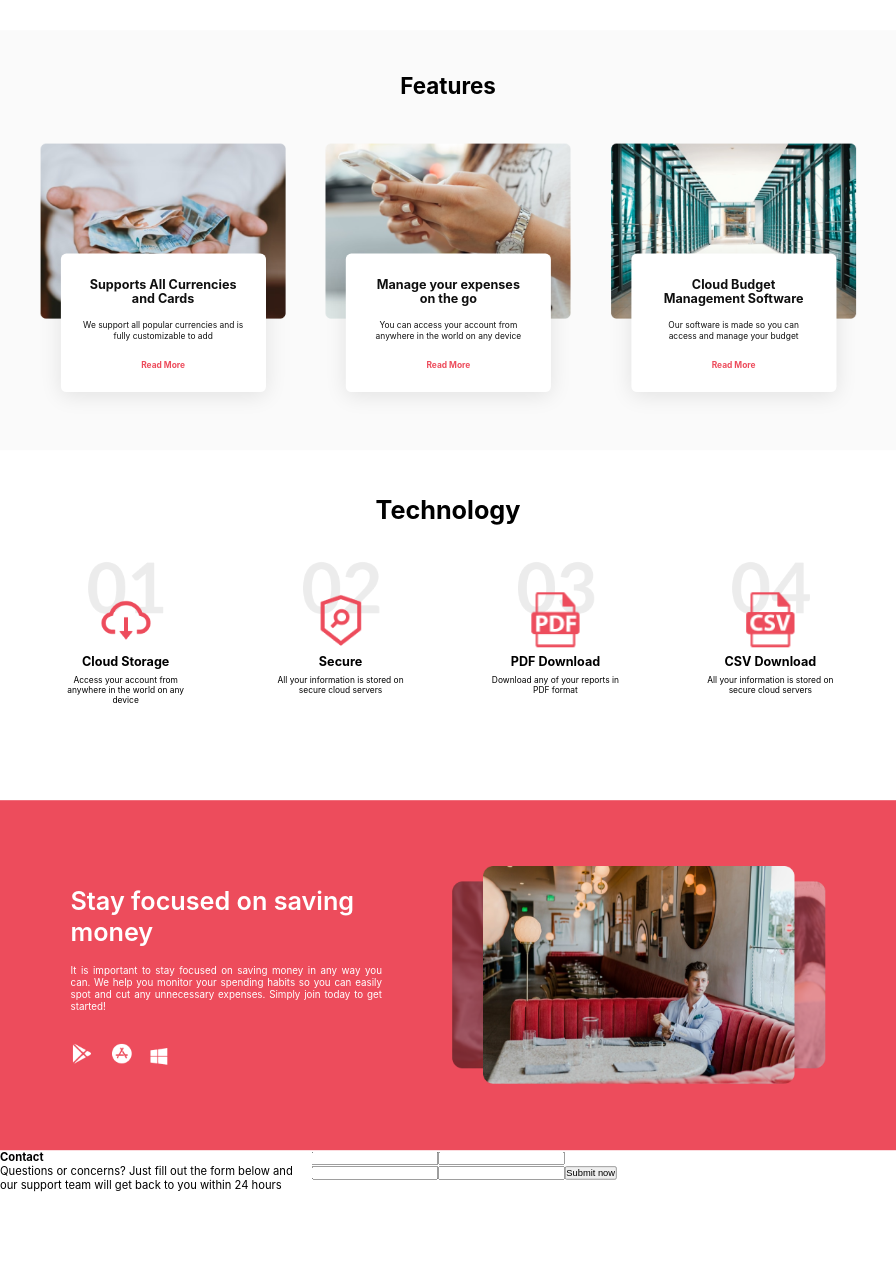
Repository: Ola-22/cloudBudget
Page: /
The author's editor kept a copy of each file at every save. The page is drawn from the files as they stood at one save, then again after the next save.
The browser window is 1280 px wide. The pictures show the part of the page from y = 1333 to 3253 px (the page is 3136 px tall before and 3253 px after), at 70% of full size.
The project was rebuilt for these pictures with package versions that can differ from the ones it lists, and the page was loaded fresh each time.

Above is the page before, as saved 2021-09-13 19:55:12.

### src/App.js
import "./App.css";
import {
  Navbar,
  MainContent,
  VideoSection,
  Features,
  Technology,
  AppDownload,
  Contact,
} from "./components/component-path";

function App() {
  return (
    <div className="App">
      <div
        className="app-main"
        style={{
          backgroundImage:
            "linear-gradient(90deg, rgba(213, 32, 71, 0.8) 0%, rgba(238, 61, 27, 0.8) 100%),url(/images/bg.png)",
          height: "782px",
        }}
      >
        <Navbar />
        <MainContent />
      </div>
      <VideoSection />
      <Features />
      <Technology />
      <AppDownload />
      <Contact />
    </div>
  );
}

export default App;

### src/App.css
*{
  margin: 0;
  padding: 0;
  box-sizing: border-box;
}

.app-main{
  /* height: 782px; */
  background-position: center;
  background-repeat: no-repeat;
  background-size: cover;
  position: relative;
}

### src/Components/component-path.js
export { default as Navbar } from "./Navbar";
export { default as MainContent } from "./MainContent";
export { default as VideoSection } from "./VideoSection";
export { default as Features } from "./Features";
export { default as Technology } from "./Technology";
export { default as AppDownload } from "./AppDownload";
export { default as Contact } from "./Contact";

### src/Components/Navbar/index.jsx
import "./style.scss";
import { Link, BrowserRouter as Router } from "react-router-dom";

function Navbar() {
  return (
    <div className="nav-main">
      <div className="nav-box">
        <img src="/images/Vector.png" alt="" />
        <h3>CLOUDBUDGET</h3>
      </div>
      <Router>
        <nav>
          <Link to="/">overview</Link>
          <Link to="/">features</Link>
          <Link to="/">technology</Link>
          <Link to="/">contact</Link>
          <Link to="/">sign up</Link>
        </nav>
      </Router>
      <div style={{ display: "flex", cursor: "pointer" }}>
        <div className="flag-box">
          <img src="/images/flag.png" alt="" />
          <h4>EN</h4>
          <img src="/images/vector2.png" alt="" />
        </div>
        <button>Login</button>
      </div>
    </div>
  );
}

export default Navbar;

### src/Components/MainContent/index.jsx
import "./style.css";

export default function MainContent() {
  return (
    <div className="main-content">
      <h1>CloudBudget</h1>
      <p>
        Cloud budget management for everyone. Only €69.95 a Month After a 7 Day
        Trial of
        <br /> Up to €4.99
      </p>
      <button>sign up</button>
    </div>
  );
}

### src/Components/VideoSection/index.jsx
import "./style.scss";

export default function VideoSection() {
  return (
    <div className="videoMain">
      <div className="video-content">
        <h2>Easy to Use Cloud Budget Management Software</h2>
        <p>
          Our software is made so you can access and manage your budget and
          expenses online at any time from any device. It provides detailed
          income and expense reports with graphs so you can easilly see your
          spending patterns and budget at a glance. Read below to find out more.
        </p>
        <a href="#">Learn More</a>
      </div>
      <div>
        <img src="/images/play.png" alt="" />
        <img src="/images/Video_bg.png" alt="" />
      </div>
    </div>
  );
}

### src/Components/Features/index.jsx
import FeaturesCard from "./FeaturesCard";
import "./style.scss";

export default function Features() {
  return (
    <div className="features-main">
      <h1>Features</h1>
      <div>
        <FeaturesCard
          src="/images/features1.png"
          title="Supports All Currencies and Cards"
          paragraph="We support all popular currencies and is fully customizable to add"
          readmore="Read More"
        />
        <FeaturesCard
          src="/images/features2.png"
          title="Manage your expenses on the go"
          paragraph="You can access your account from anywhere in the world on any device"
          readmore="Read More"
        />
        <FeaturesCard
          src="/images/features3.png"
          title="Cloud Budget Management Software"
          paragraph="Our software is made so you can access and manage your budget"
          readmore="Read More"
        />
      </div>
    </div>
  );
}

### src/Components/Technology/index.jsx
import "./style.scss";
import TechCard from "./TechCard";

export default function Technology() {
  return (
    <div className="tech-main">
      <h1>Technology</h1>
      <div>
        <TechCard
          src="/images/tech1.png"
          title="Cloud Storage"
          paragraph="Access your account from anywhere in the world on any device"
          background="01.png"
        />
        <TechCard
          src="/images/tech2.png"
          title="Secure"
          paragraph="All your information is stored on secure cloud servers"
          background="02.png"
        />
        <TechCard
          src="/images/tech3.png"
          title="PDF Download"
          paragraph="Download any of your reports in PDF format"
          background="03.png"
        />
        <TechCard
          src="/images/tech4.png"
          title="CSV Download"
          paragraph="All your information is stored on secure cloud servers"
          background="04.png"
        />
      </div>
    </div>
  );
}

### src/Components/AppDownload/index.jsx
import "./style.scss";

export default function AppDownload() {
  return (
    <div className="download-main">
      <div>
        <h1>Stay focused on saving money</h1>
        <p>
          It is important to stay focused on saving money in any way you can. We
          help you monitor your spending habits so you can easily spot and cut
          any unnecessary expenses. Simply join today to get started!
        </p>
        <img src="/images/playstore.png" alt="" />
        <img src="/images/applestore.png" alt="" />
        <img src="/images/windows.png" alt="" />
      </div>
      <div>
        <div>
          <img src="/images/Video_bg3.png" alt="" />
          <img src="/images/Video_bg2.png" alt="" />
        </div>
        <img src="/images/Video_bg1.png" alt="" />
      </div>
    </div>
  );
}

### src/Components/Contact/index.jsx
import "./style.scss";

export default function Contact() {
  return (
    <div className="contact-main">
      <div>
        <h4>Contact</h4>
        <p>
          Questions or concerns? Just fill out the form below and our support
          team will get back to you within 24 hours
        </p>
      </div>
      <div>
        <div>
          <input type="text" />
          <input type="text" />
        </div>
        <input type="text" />
        <input type="text" />
        <button>Submit now</button>
      </div>
    </div>
  );
}

### src/Components/Navbar/style.scss
@import "../../styles/variables.scss";

.nav-main{
  display: flex;
  align-items: center;
  justify-content: space-around;
  padding-top: 52px;
  & >nav{
    display: flex;
    & >a {
      margin-left: 20px;
      text-transform: uppercase;
      color: $whiteColor;
      font-size: 14px;
      text-decoration: none;
    }
  }

  & button{
    width: 100px;
    height: 40px;
    background-color: transparent;
    border-radius: 6px;
    border: 1px solid $whiteColor;
    font-size: 14px;
    text-transform: uppercase;
    color: $whiteColor;
    margin-inline-start: 28.81px;
    margin-inline-end: 28px;
  }
}

.nav-box{
  display: flex;
  // margin-left: 5%;
  & > h3{
    font-size: 18px;
    margin-left: 9.9px;
    color: white;
  }
}

.flag-box{
  display: flex;
  align-items: center;
  width: 96px;
  & > h4{
    font-size: 14px;
    color: $whiteColor;
    margin-inline-start: 13.81px;
    margin-inline-end: 13.81px;
  }
}

### src/Components/MainContent/style.css
.main-content {
  display: -webkit-box;
  display: -ms-flexbox;
  display: flex;
  -webkit-box-align: center;
      -ms-flex-align: center;
          align-items: center;
  -webkit-box-orient: vertical;
  -webkit-box-direction: normal;
      -ms-flex-direction: column;
          flex-direction: column;
  color: #ffffff;
  margin-top: 158px;
}

.main-content > h1 {
  font-size: 72px;
  text-transform: uppercase;
  margin-left: 18px;
  letter-spacing: 0.05em;
}

.main-content > p {
  font-size: 24px;
  width: 540px;
  height: 124px;
  font-weight: 600;
  overflow-wrap: break-word;
  text-align: center;
  margin: 0;
}

.main-content > button {
  background-color: #ffffff;
  border-radius: 6px;
  width: 160px;
  height: 50px;
  font-size: 14px;
  text-transform: uppercase;
  color: #ED4C5C;
  border: none;
  font-weight: 600;
  cursor: pointer;
}
/*# sourceMappingURL=style.css.map */

### src/Components/VideoSection/style.scss
@import "../../styles/variables.scss";

.videoMain{
  display: flex;
  justify-content: space-around;
  margin-top: 94px;
  height: 500px;
  flex-wrap: wrap;
  & > div:last-of-type{
    position: relative;
    & img:first-of-type{
      border: 1px solid $btnColor;
      background-color: $btnColor;
      border-radius: 50%;
      padding: 20px;
      // width: 18px;
      position: absolute;
      margin-top: 123px;
      left: -32px;
    }
  }
}

.video-content{
  width: 445px;
  & > h2{
    font-size: 36px;
    line-height: 43px;
    margin-top: 46px;
    font-weight: 600;
  }
  & > p{
    font-size: 14px;
    text-align: justify;
    margin: 24px 0;
  }
  & > a{
    color: $btnColor;
    font-size: 14px;
    text-decoration: none;
  }
}

### src/Components/Features/FeaturesCard/index.js
import "./style.scss";

export default function FeaturesCard({ src, title, paragraph, readmore }) {
  return (
    <div className="features-card">
      <img src={src} alt="" />
      <div>
        <h3>{title}</h3>
        <p>{paragraph}</p>
        <a href="#">{readmore}</a>
      </div>
    </div>
  );
}

### src/Components/Features/style.scss
.features-main{
  background-color: #fafafa;
  // padding-top: 60px;
  height: 600px;
  & >h1{
    text-align: center;
    padding-top: 60px;
    padding-bottom: 63px;
  }
  & > div:first-of-type{
    display: flex;
    justify-content: space-evenly;
    height: 660px;
    flex-wrap: wrap;
  }
}

### src/Components/Technology/style.scss
.tech-main{
   height: 500px;

   & > h1{
     font-size: 36px;
     text-align: center;
     padding-top: 63px;
     padding-bottom: 52px;
   }

  & > div:first-of-type{
    display: flex;
    justify-content: space-evenly;
    flex-wrap: wrap;
  }
}

### src/Components/Technology/TechCard/index.jsx
import "./style.scss";

export default function TechCard({ src, title, paragraph, background }) {
  return (
    <div
      className="tech-card"
      style={{
        backgroundImage: `url(/images/${background}`,
        backgroundRepeat: "no-repeat",
        position: "relative",
        backgroundPosition: "center top",
      }}
    >
      <img src={src} alt="" />
      <h2>{title}</h2>
      <p>{paragraph}</p>
    </div>
  );
}

### src/Components/AppDownload/style.scss
@import "../../styles/variables.scss";

.download-main{
  background-color: $btnColor;
  height: 500px;
  color: $whiteColor;
  display: flex;
  justify-content: space-evenly;
  position: relative;
  &>div:first-of-type{
    width: 445px;
    & > h1{
      margin-top: 122px;
      width: 445px;
      font-size: 36px;
      font-weight: 600;
      margin-bottom: 24px;
    }
    & >p{
      margin-bottom: 44px;
      font-size: 14px;
      text-align: justify;
    }
    & > img:not(:first-of-type){
      margin-left: 25px;
    }
  }
  &>div:last-of-type{
    width: 533px;
    position: relative;
    padding-top: 116px;
    & > div {
    display: flex;
    position: relative;
    & >img:first-of-type{
      position: absolute;
      left: 150px;
    }
    }
    & > img{
      position: absolute;
      left: 44px;
      top: 94px;
    }
  }
}

### src/Components/Contact/style.scss
.contact-main{
  display: flex;
  &> div:first-of-type{
    width: 445px;
    height: 160px;
  }
}

### src/styles/variables.scss
$whiteColor: #ffffff;
$blackColor: #000000;
$orangeColor: #EE3D1B;
$pinkColor: #D52047;
$btnColor: #ED4C5C;

### src/Components/Features/FeaturesCard/style.scss
@import "../../../styles/variables.scss";


.features-card{
  position: relative;
  text-align: center;
  & > div{
    background-color: $whiteColor;
    position: absolute;
    top: 157px;
    width: 293px;
    height: 198px;
    left: 29px;
    box-shadow: 0px 5px 30px rgba(0, 0, 0, 0.1);
    display: flex;
    flex-direction: column;
    align-items: center;
    color: #101010;
    border-radius: 8px;
    & > h3{
      margin-top: 33px;
      margin-bottom: 20px;
      font-size: 18px;
      width: 229px;
    }
    & > p{
      font-size: 12px;
      width: 229px;
      height: 57px;
    }
    & > a{
      color: $btnColor;
      font-size: 12px;
      font-weight: bold;
      text-decoration: none;
    }
  }
}

### src/Components/Technology/TechCard/style.scss
.tech-card{
  width: 255px;
  height: 226px;
  display: flex;
  flex-direction: column;
  align-items: center;
  flex-wrap: wrap;
  & > img{
    margin-top: 44px;
    width: 80px;
    height: 80px;
    object-fit: contain;
  }
  & >h2{
    font-size: 18px;
    margin-bottom: 10px;
    margin-top: 8px;
  }
  & > p{
    font-size: 12px;
    width: 191px;
    height: 51px;
    text-align: center;
    line-height: 14px;
  }
}

Loaded but not shown: public/index.html (common file); src/index.js (common file); src/index.css (common file); src/reportWebVitals.js (common file)

After the next save:
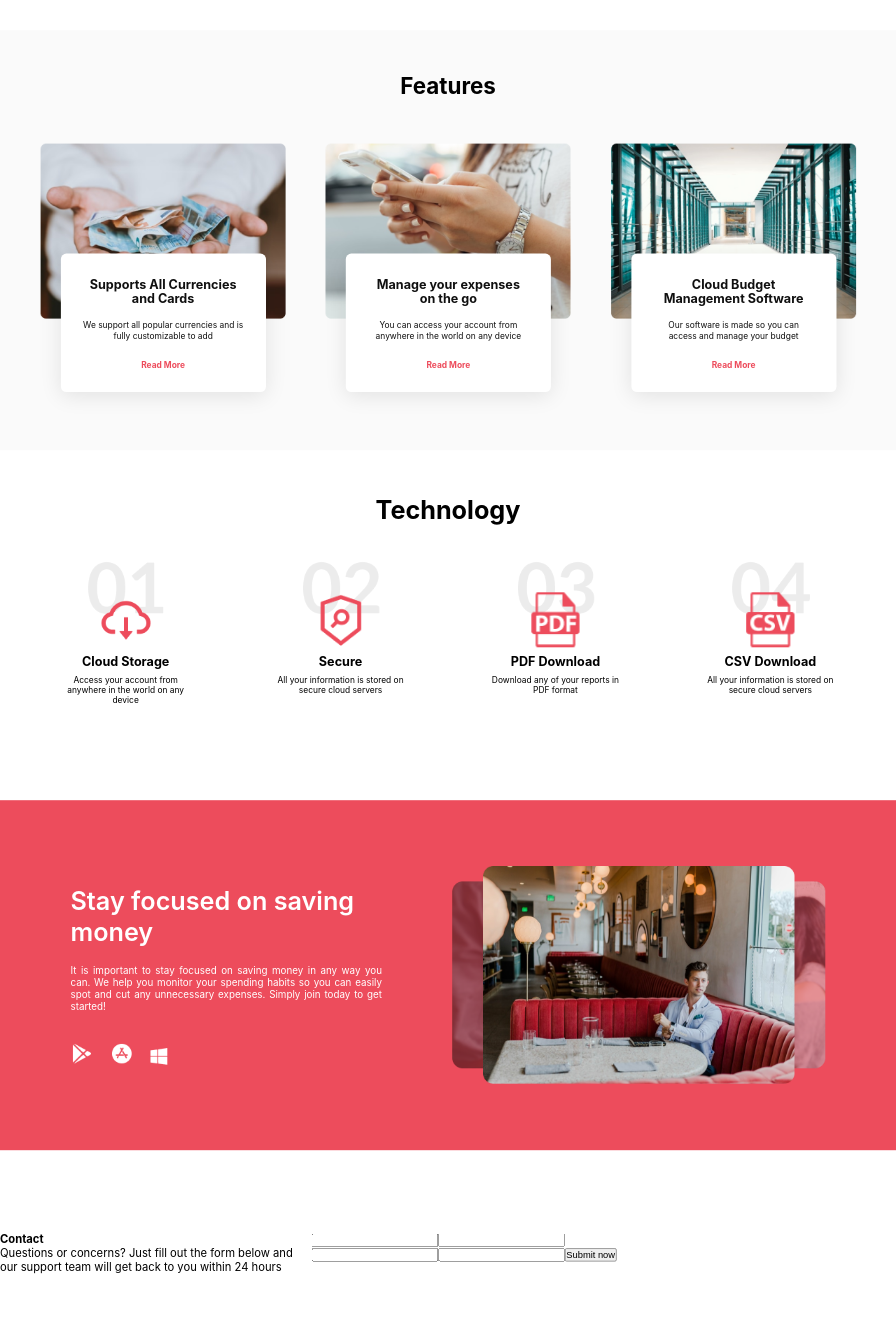
Saved 18 s later.
--- a/src/Components/Contact/style.scss
+++ b/src/Components/Contact/style.scss
@@ -1,5 +1,6 @@
 .contact-main{
   display: flex;
+  margin-top: 117px;
   &> div:first-of-type{
     width: 445px;
     height: 160px;
